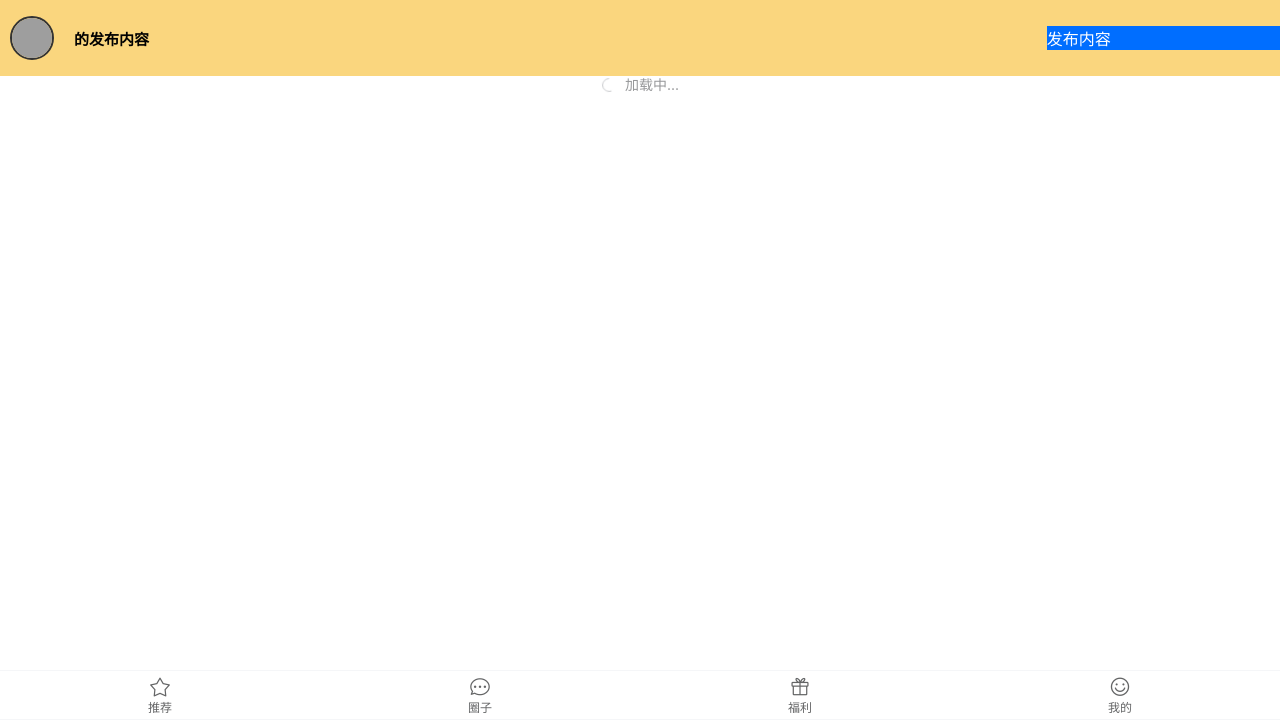
Repository: pbw-langwang/dm
Page: /#/fabu (app in dm_vue/)
An editor plug-in stored every save of this project. The page is shown before and after the next save, followed by the edit.
The browser window is 1280 px wide. The pictures show the whole page.
The page's requests for data from a server got no answer. The project was rebuilt for these pictures with package versions that can differ from the ones it lists, and the page was loaded fresh each time. No one was signed in, and anything a server would have sent is missing. Also part of the build but not shown: dm_vue/src/components/HelloWorld.vue, dm_vue/src/components/video.vue, dm_vue/src/components/setting.vue, dm_vue/src/components/gift.vue, dm_vue/src/components/Regist.vue, dm_vue/src/components/history.vue, dm_vue/src/components/Search.vue, dm_vue/src/components/SearchList.vue and 2 more.

Above is the page before, as saved 2021-06-22 16:03:37.

### dm_vue/index.html
<!DOCTYPE html>
<html>
  <head>
    <meta charset="utf-8">
    <meta name="viewport" content="width=device-width,initial-scale=1.0">
    <title>toutiao</title>
  </head>
  <body>
    <div id="app"></div>
    <!-- built files will be auto injected -->
  </body>
</html>

### dm_vue/src/main.js
// The Vue build version to load with the `import` command
// (runtime-only or standalone) has been set in webpack.base.conf with an alias.
import Vue from 'vue'
import App from './App'
import router from './router'
import Vant from 'vant'
import 'vant/lib/index.css'
import axios from 'axios'
import VueAxios from 'vue-axios'

Vue.use(VueAxios, axios)
Vue.use(Vant);

axios.defaults.baseURL = 'http://localhost:8080/dm/';
axios.defaults.withCredentials = true;

Vue.config.productionTip = false

Vue.filter("dateFormat", function (dateStr, pattern = "") {
    var dt = new Date(dateStr);
    var y = dt.getFullYear();
    var m = dt.getMonth() + 1;
    var d = dt.getDate();
    if (pattern.toLowerCase() == "yyyy-mm-dd") {
        return `${y}年${m}月${d}日`
    } else {
        var hh = dt.getHours();
        var mm = dt.getMinutes();
        var ss = dt.getSeconds();
        return `${y}年${m}月${d}日 ${hh}:${mm}:${ss}`
    }
})

/* eslint-disable no-new */
new Vue({
    el: '#app',
    router,
    components: { App },
    template: '<App/>'
})

### dm_vue/src/App.vue
<template>
  <div id="app">
    <router-view />

    <van-tabbar v-model="active" route>
      <van-tabbar-item name="home" to="/" icon="star-o">推荐</van-tabbar-item>
      <van-tabbar-item name="search" to="/video" icon="chat-o"
        >圈子</van-tabbar-item
      >
      <van-tabbar-item name="search" to="/gift" icon="point-gift-o"
        >福利</van-tabbar-item
      >
      <van-tabbar-item name="setting" to="/setting" icon="smile-o"
        >我的</van-tabbar-item
      >
    </van-tabbar>
  </div>
</template>

<script>
export default {
  name: "App",
  data() {
    return {
      active: "home",
    };
  },
};
</script>

### dm_vue/src/router/index.js
import Vue from 'vue'
import Router from 'vue-router'
import HelloWorld from '@/components/HelloWorld'
import video from '@/components/video'
import setting from '@/components/setting'
import Gift from '@/components/gift'
import Regist from '@/components/Regist'
import History from "@/components/History"
import Search from "@/components/Search"
import SearchList from "@/components/SearchList"
import Postdetail from "@/components/Postdetail"
import Authord from "@/components/Authord"
import fabu from "@/components/fabu"

Vue.use(Router)

export default new Router({
    routes: [{
            path: '/',
            name: 'HelloWorld',
            component: HelloWorld
        },
        {
            path: '/video',
            name: 'Video',
            component: video
        },
        {
            path: '/setting',
            name: 'setting',
            component: setting
        },
        {
            path: "/gift",
            name: "gift",
            component: Gift
        },
        {
            path: "/Regist",
            name: "Regist",
            component: Regist
        }, {
            path: "/History",
            name: "History",
            component: History
        }, {
            path: "/Search",
            name: "Search",
            component: Search
        }, {
            path: "/SearchList/:value",
            name: "SearchList",
            component: SearchList
        }, {
            path: "/Postdetail/:value",
            name: "Postdetail",
            component: Postdetail
        },
        {
            path: "/Authord/:value",
            name: "Authord",
            component: Authord
        },
        {
            path: "/fabu",
            name: "fabu",
            component: fabu
        }
    ]
})

### dm_vue/src/components/fabu.vue
<template>
  <div>
    <div class="top">
      <img :src="picIp+userimg" />
      <p class="name">{{username}} 的发布内容</p>
      <p>发布内容</p>
    </div>

    <van-pull-refresh v-model="refreshing" @refreshing="onRefresh">
      <van-list
        v-model="loading"
        :finished="finished"
        finished-text="没有更多"
        @load="onLoad"
      >
        <van-cell v-for="item in list" :key="item.postid">
          <div class="contentList" @click="gotopostdetail(item.postid)">
            <p style="margin: 5px 0">{{item.postcontent}}</p>
            <img style="width: 80%" :src="picIp+item.postimg"/>
          </div>
        </van-cell>
      </van-list>
    </van-pull-refresh>
  </div>
</template>

<script>
export default {
    name:"fabu",
    data(){
        return {
            picIp:"http://localhost:8080/pic/",
            pageIndex:1,
            list:[],
            userimg:localStorage.getItem("userImg"),
            username:localStorage.getItem("username"),
            loading:false,
            finished:false,
            refreshing:false,
        }
    },
    mounted(){

    },
    methods:{
        gotopostdetail(postId){
          this.$router.push("Postdetail/"+postId);
        },

        onLoad(){
          if(this.refreshing){
            this.list=[];
            this.refreshing=false;
          }
          this.axios.get("userpost/getByid?current="+this.pageIndex+"&size=3&username="+localStorage.getItem("username")).then((response)=>{
            this.list=this.list.concat(response.data.records);
            this.loading=false;
            if(this.pageIndex>=response.data.pages){
                this.finished=true;
            }
            this.pageIndex++;
          })
        },
        onRefresh(){
            this.finished=false;
            this.pageIndex=1;
            this.loading=true;
            this.onLoad();
        },
    }
}
</script>

<style scoped>
.top{
  width: 100%;
  display: flex;
  align-items: center;
  padding: 10px;
  position: fixed;
  top: 0;
  background-color: rgb(250,214,126);
}
.top img{
  width: 40px;
  height: 40px;
  border-radius: 50%;
  border: #333 solid 2px;
}
.top .name{
  flex: 4;
  padding-left: 20px;
  font-size: 15px;
  font-weight: 700;
}
.top p:nth-child(3){
  flex: 1;
  display: inline-block;
  background-color: rgb(0, 110, 255);
  color: white;
}


.van-pull-refresh{
  margin-top: 60px;
}

.contentList{
  margin-bottom: 30px;
  border-bottom: #999 solid 5px;
}
</style>

After the next save:
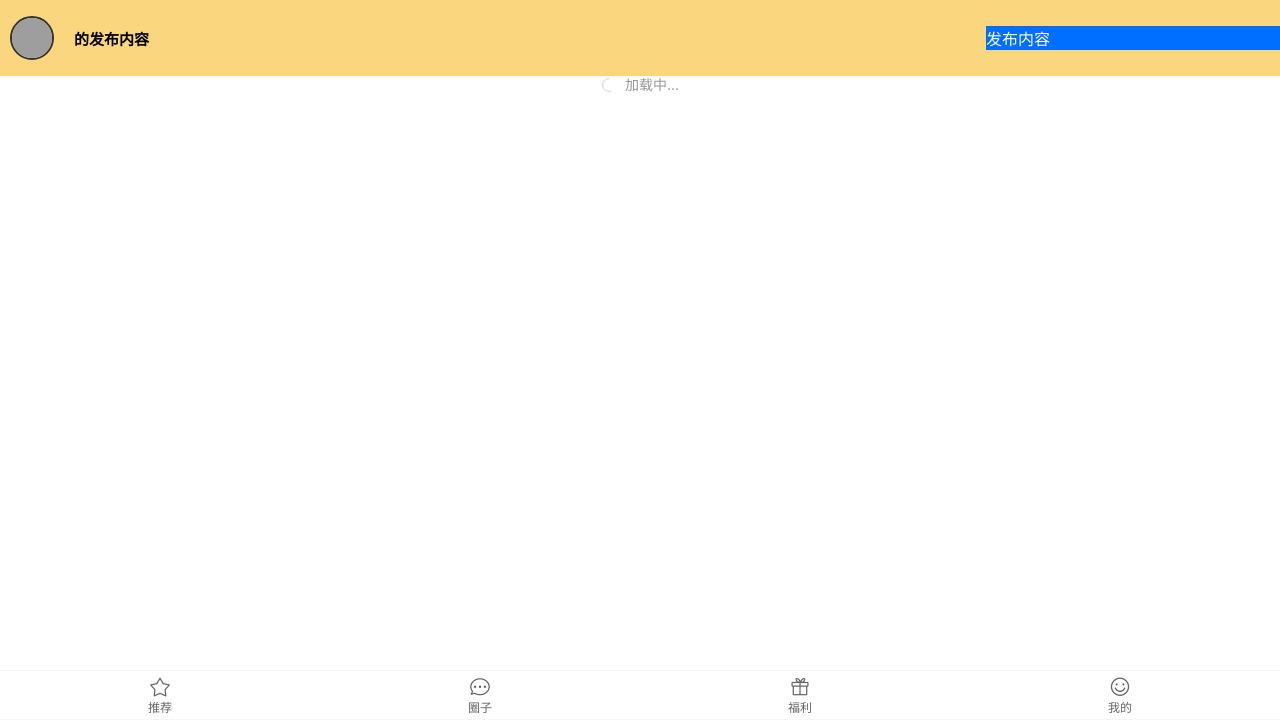
Saved 11 s later.
--- a/dm_vue/src/components/fabu.vue
+++ b/dm_vue/src/components/fabu.vue
@@ -88,7 +88,7 @@ export default {
   border: #333 solid 2px;
 }
 .top .name{
-  flex: 4;
+  flex: 3;
   padding-left: 20px;
   font-size: 15px;
   font-weight: 700;
